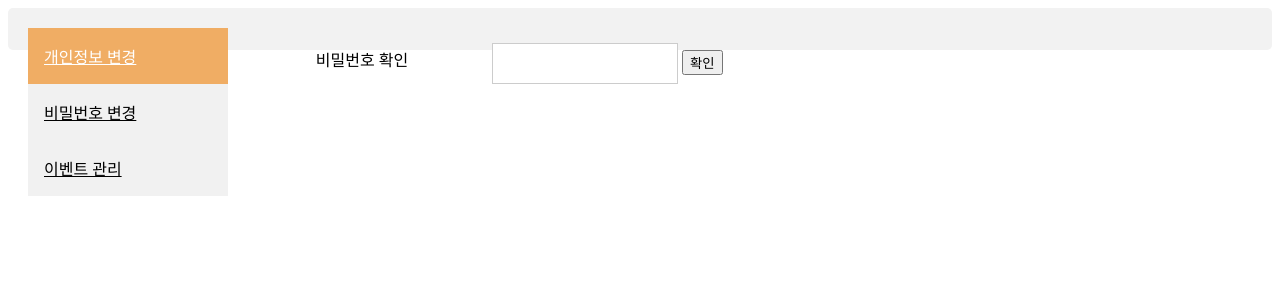
Repository: kdw0937/UdongProject
Page: http://localhost/matjib2/jsp/mypage.jsp
The author's editor kept a copy of each file at every save. The page is drawn from the files as they stood at one save, then again after the next save.
The browser window is 1280 px wide. The pictures show the whole page.
The page is served by Tomcat 9.

Above is the page before, as saved 2021-01-21 16:27:21.

After the next save:
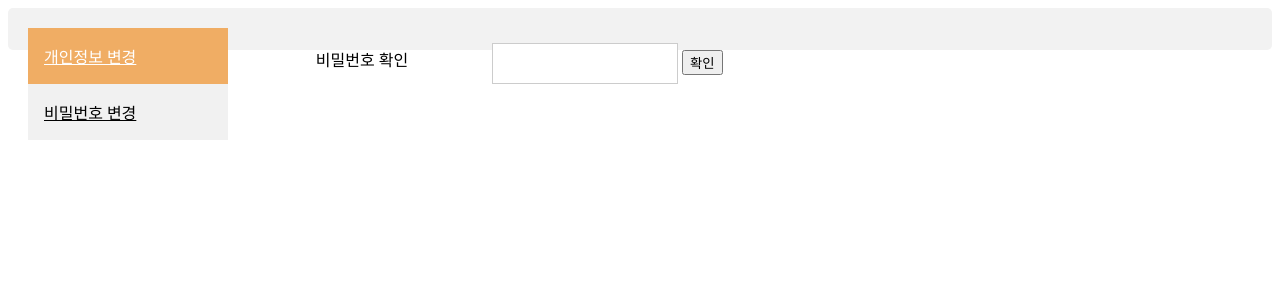
Saved 24 s later.
--- a/matjib2/src/main/webapp/jsp/mypage.jsp
+++ b/matjib2/src/main/webapp/jsp/mypage.jsp
@@ -24,7 +24,7 @@
 			<div class="sidebar">
 				<a class="active" href="../jsp/mypage.html">개인정보 변경</a>
 				<a href="../jsp/password.html">비밀번호 변경</a>
-				<a href="#">이벤트 관리</a>
+
 			</div>
 
 			<div class="content">
